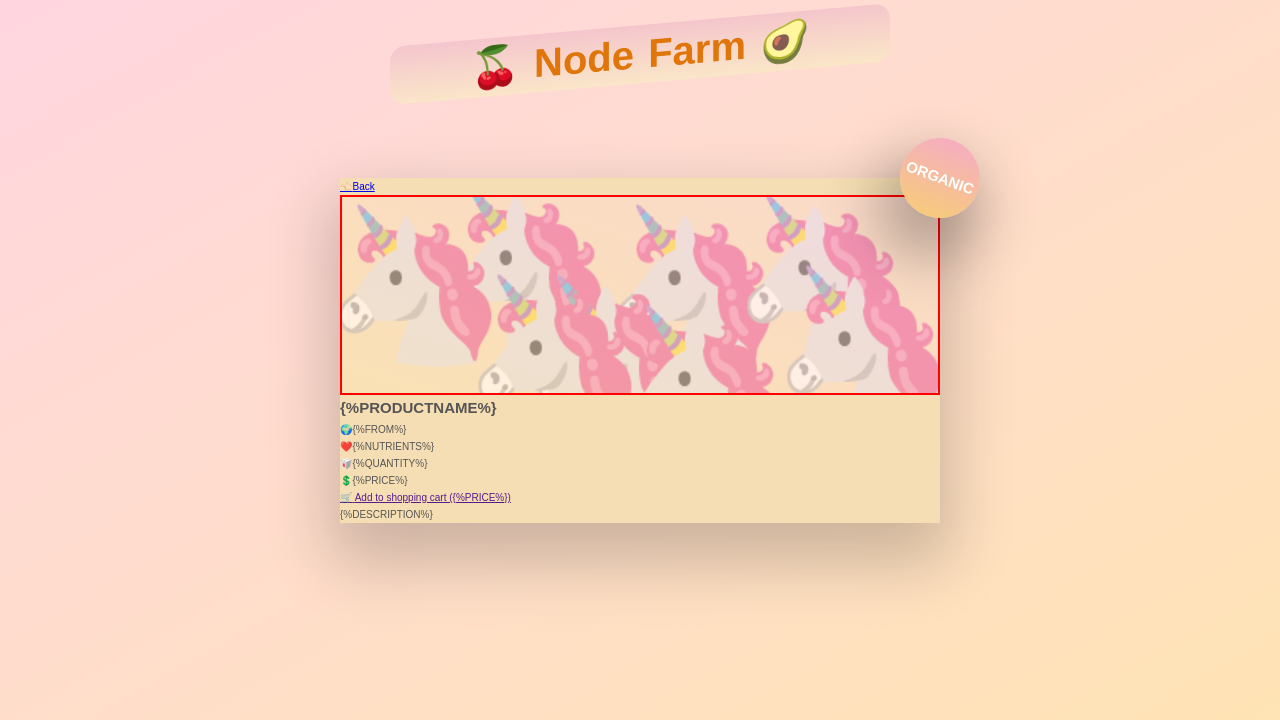
Repository: Kubraaygun/NodeFarm_Backend
Page: templates/product.html
These files come from the project's save history. The page is drawn as it stood at one moment and after the next save; the edit follows.
The browser window is 1280 px wide. The pictures show the whole page.

Above is the page before, as saved 2025-09-05 16:46:14.

After the next save:
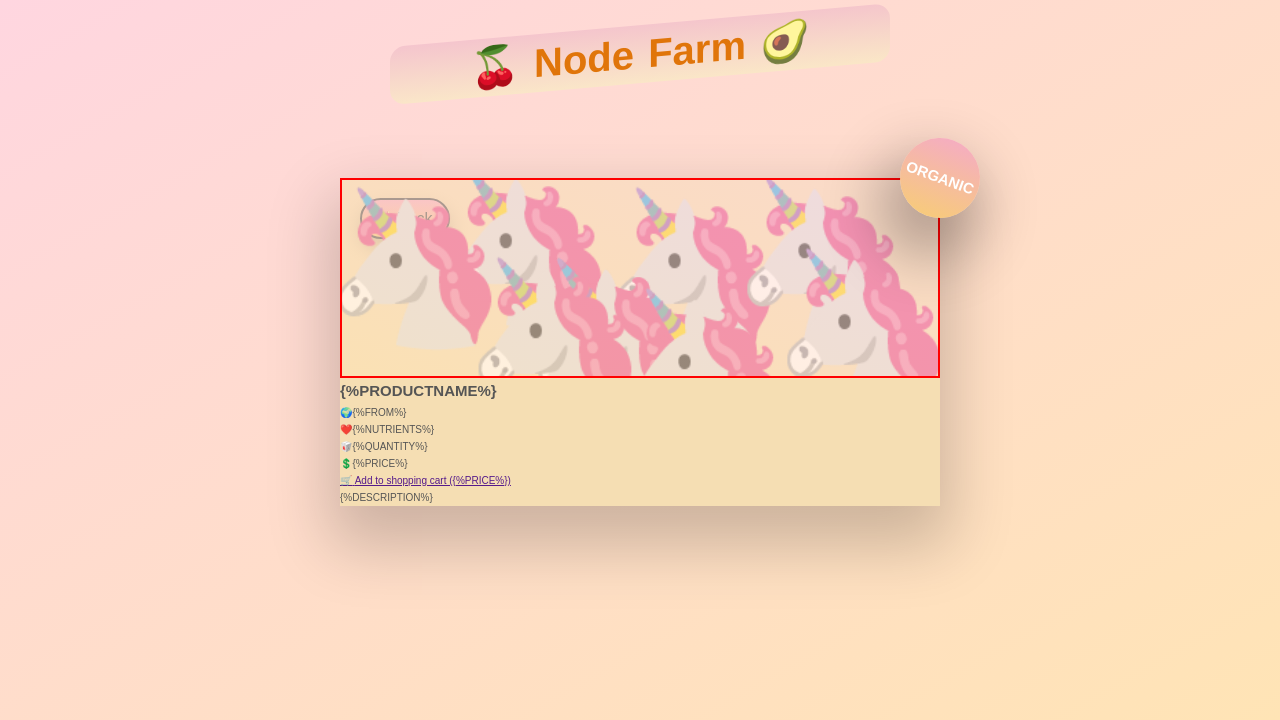
Saved 57 s later.
--- a/templates/product.html
+++ b/templates/product.html
@@ -148,6 +148,23 @@
         font-size: 1.5rem;
         font-weight: 900;
         text-transform: uppercase;
+      }
+      .product__back:link,
+      .product__back:visited {
+        position: absolute;
+        top: 2rem;
+        left: 2rem;
+        text-decoration: none;
+        font-size: 1.6rem;
+        color: #555;
+        border: 2px solid #555;
+        padding: 0.5rem 1.5rem;
+        border-radius: 50px;
+        background: linear-gradient(to bottom, #f5aec0, #f7ca7c);
+        box-shadow: 0 1rem 2rem rgba(0, 0, 0, 0.2);
+        transition: all 0.2s;
+      }
+       {
       }
     </style>
   </head>
